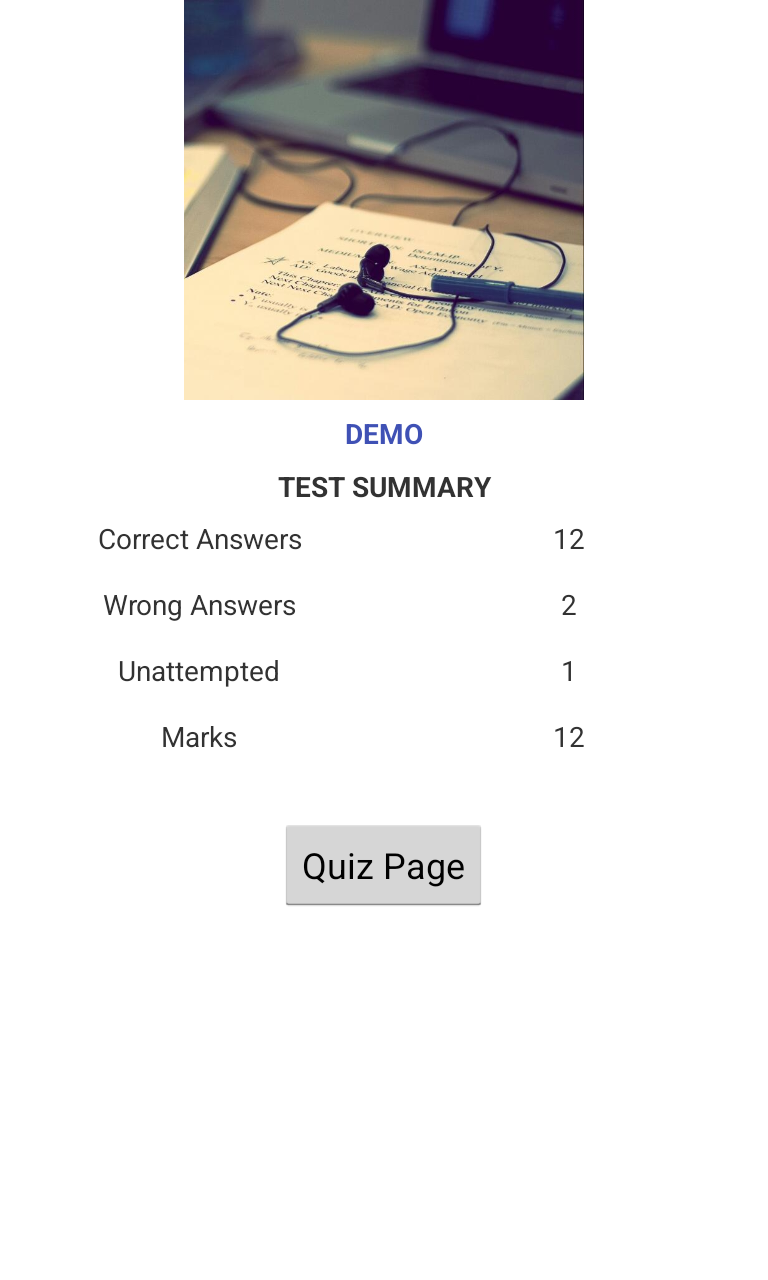
Repository: Harshil737/Career-Launcher
Layout: CareerLauncher/res/layout/item_start_quiz.xml
The author's editor kept a copy of each file at every save. The layout is drawn from the files as they stood at one save, then again after the next save.
It is drawn on a 768 x 1280 px phone screen (xhdpi) without system bars, with theme AppTheme; the app's code is not run.

Above is the layout before, as saved 2017-11-04 12:32:35.

After the next save:
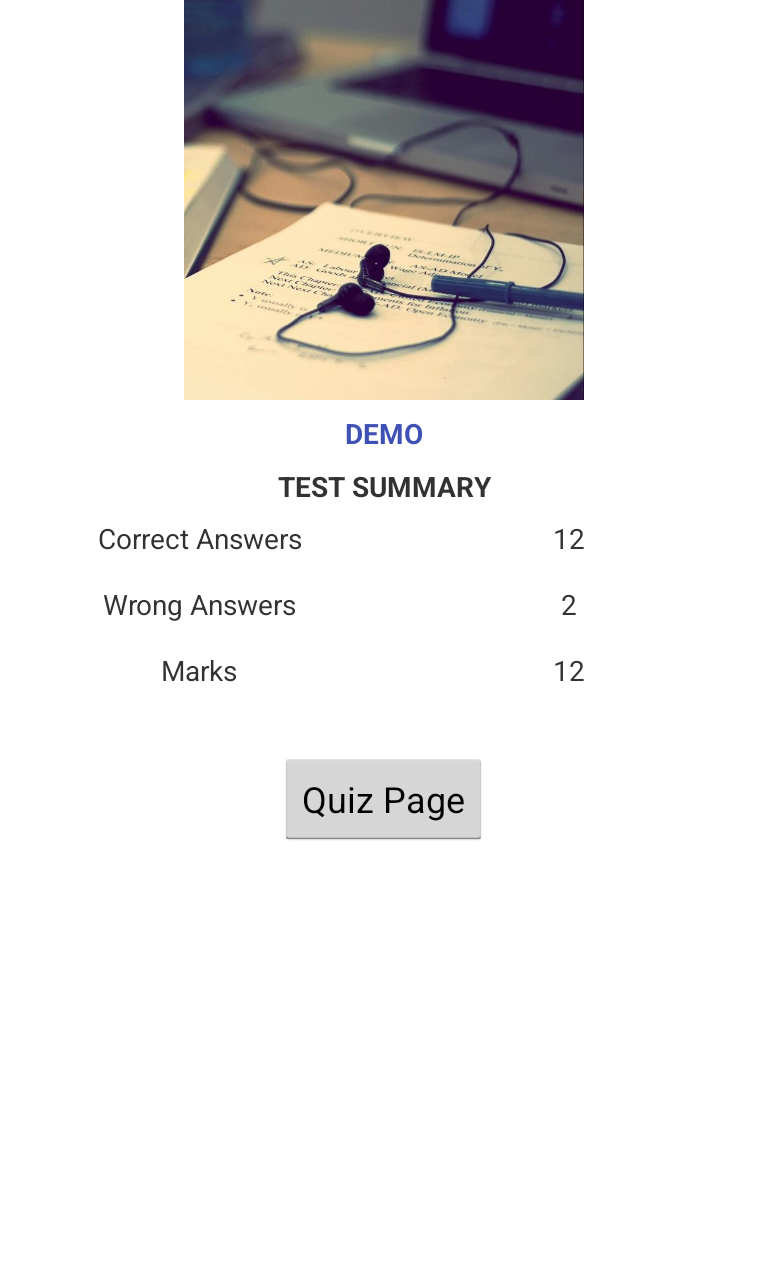
Saved 23 s later.
--- a/CareerLauncher/res/layout/item_start_quiz.xml
+++ b/CareerLauncher/res/layout/item_start_quiz.xml
@@ -91,28 +91,6 @@
                 android:layout_height="wrap_content"
                 android:layout_weight="1"
                 android:gravity="center_horizontal"
-                android:text="Unattempted" />
-
-            <TextView
-                android:id="@+id/test_result_tv_unattempted"
-                android:layout_width="0dp"
-                android:layout_height="wrap_content"
-                android:layout_weight="1"
-                android:gravity="center_horizontal"
-                android:text="1" />
-        </LinearLayout>
-
-        <LinearLayout
-            android:layout_width="match_parent"
-            android:layout_height="wrap_content"
-            android:layout_margin="7dp"
-            android:orientation="horizontal" >
-
-            <TextView
-                android:layout_width="0dp"
-                android:layout_height="wrap_content"
-                android:layout_weight="1"
-                android:gravity="center_horizontal"
                 android:text="Marks" />
 
             <TextView
